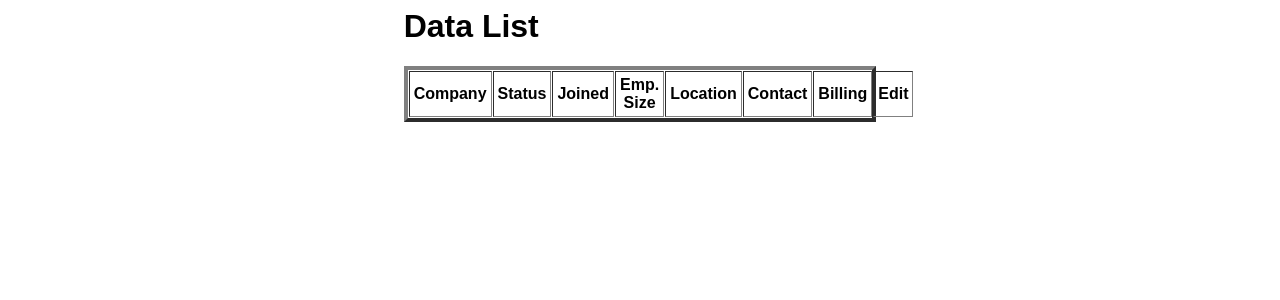
Repository: AdityaTech-Pro/FullStackWithBridgelabz
Page: Assignment2/Data_List/index.html
An editor plug-in stored every save of this project. The page is shown before and after the next save, followed by the edit.
The browser window is 1280 px wide. The pictures show the whole page.

Above is the page before, as saved 2025-10-15 09:21:04.

### Assignment2/Data_List/index.html
<html>

<head>
    <style>
        body {
            font-family: Arial, Helvetica, sans-serif;
        }

        .center {
            display: block;
            margin-left: auto;
            margin-right: auto;
            width: 37.4%;
        }
    </style>
</head>
<title>
    <h2>Welcome to My Web Page</h2>
</title>

<body>
    <table border="4" cellspacing="1" cellpadding="4" class="center">
        <h1 class="center">Data List</h1>
        <tr>
            <th>Company</th>
            <th>Status</th>
            <th>Joined</th>
            <th>Emp. Size</th>
            <th>Location</th>
            <th>Contact</th>
            <th>Billing</th>
            <th>Edit</th>
        </tr>

</body>

</html>

After the next save:
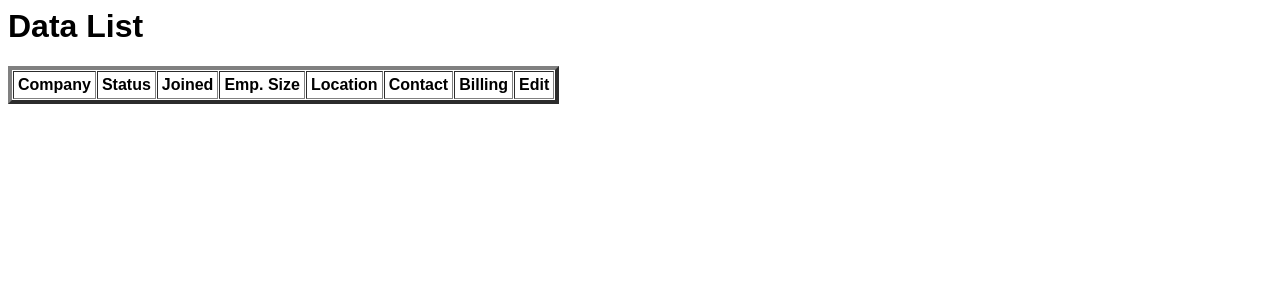
Saved 29 s later.
--- a/Assignment2/Data_List/index.html
+++ b/Assignment2/Data_List/index.html
@@ -4,13 +4,6 @@
     <style>
         body {
             font-family: Arial, Helvetica, sans-serif;
-        }
-
-        .center {
-            display: block;
-            margin-left: auto;
-            margin-right: auto;
-            width: 37.4%;
         }
     </style>
 </head>

After the save that followed:
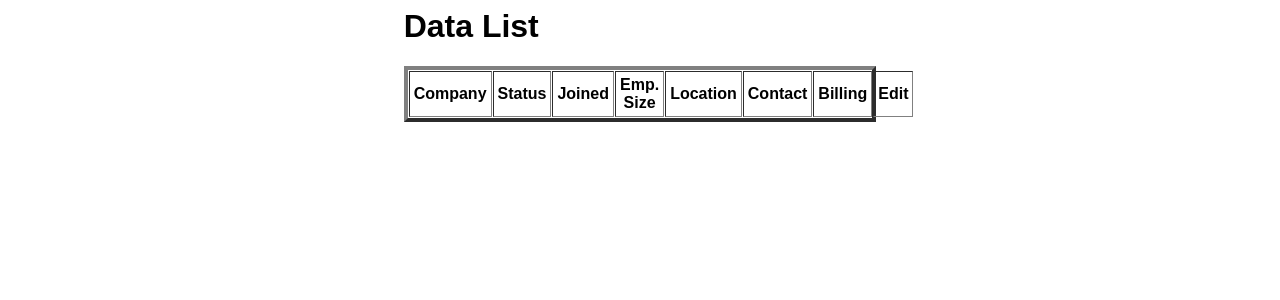
Saved 17 s later.
--- a/Assignment2/Data_List/index.html
+++ b/Assignment2/Data_List/index.html
@@ -4,6 +4,13 @@
     <style>
         body {
             font-family: Arial, Helvetica, sans-serif;
+        }
+
+        .center {
+            display: block;
+            margin-left: auto;
+            margin-right: auto;
+            width: 37.4%;
         }
     </style>
 </head>
